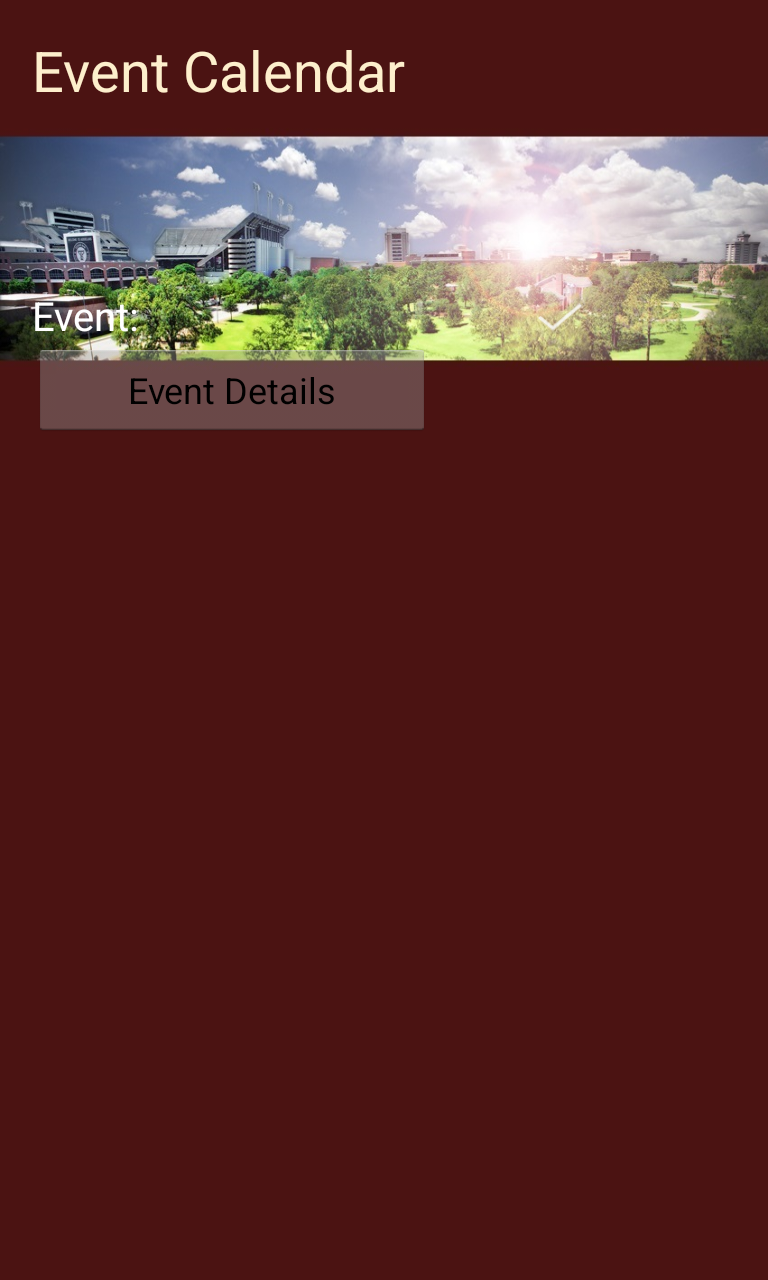
Repository: jannelg92/ANDROIDAPP
Layout: GEOINNOVATION/TAMUgis-dayEvents/res/layout/f_event_details.xml
An editor plug-in stored every save of this project. The layout is shown before and after the next save, followed by the edit.
It is drawn on a 768 x 1280 px phone screen (xhdpi) without system bars, with theme AppTheme; the app's code is not run.

Above is the layout before, as saved 2014-04-19 01:45:09.

After the next save:
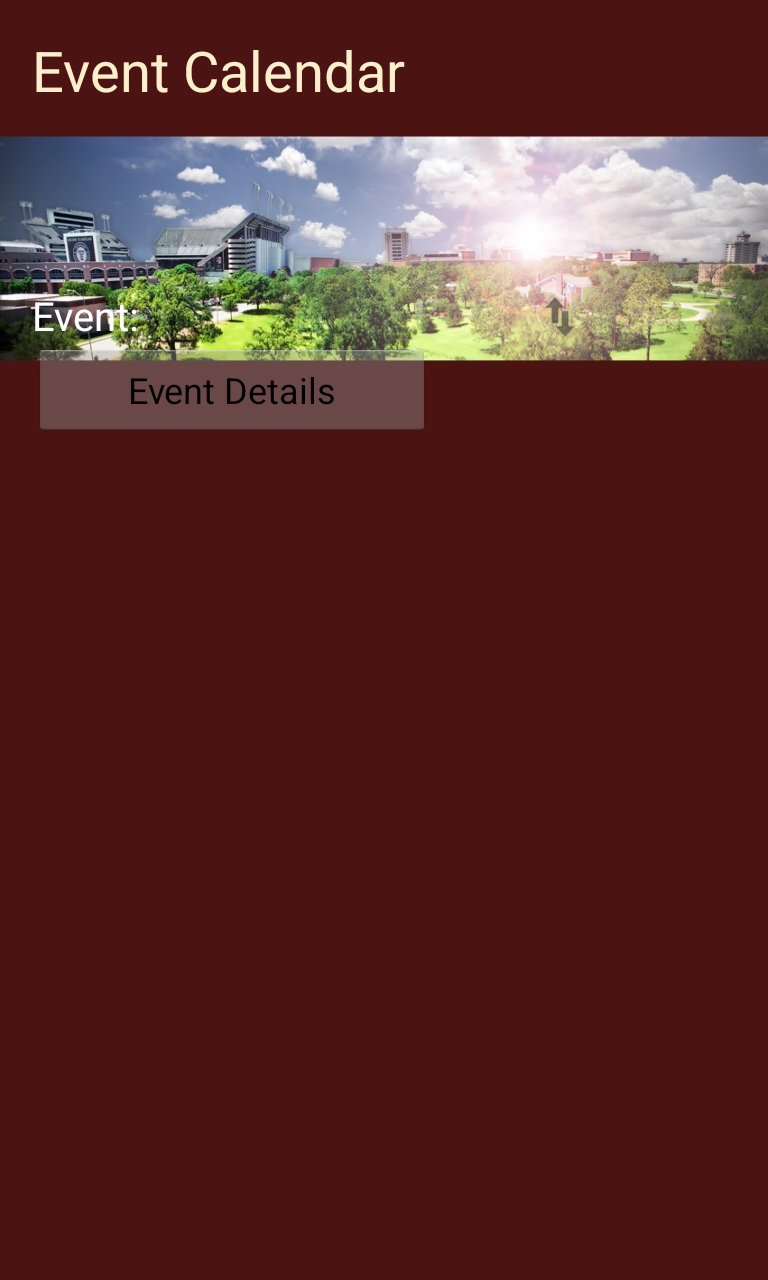
Saved 41 s later.
--- a/GEOINNOVATION/TAMUgis-dayEvents/res/layout/f_event_details.xml
+++ b/GEOINNOVATION/TAMUgis-dayEvents/res/layout/f_event_details.xml
@@ -44,8 +44,8 @@
 		        android:layout_width="60px"
 		        android:layout_height="50px"
 		        android:drawablePadding="10dp"
-		        android:background="@drawable/ic_action_checkin"
-		        android:src="@drawable/ic_action_checkin" />
+		        android:background="@drawable/ic_action_import_export"
+		        android:src="@drawable/ic_action_import_export" />
 
 
       </LinearLayout>
